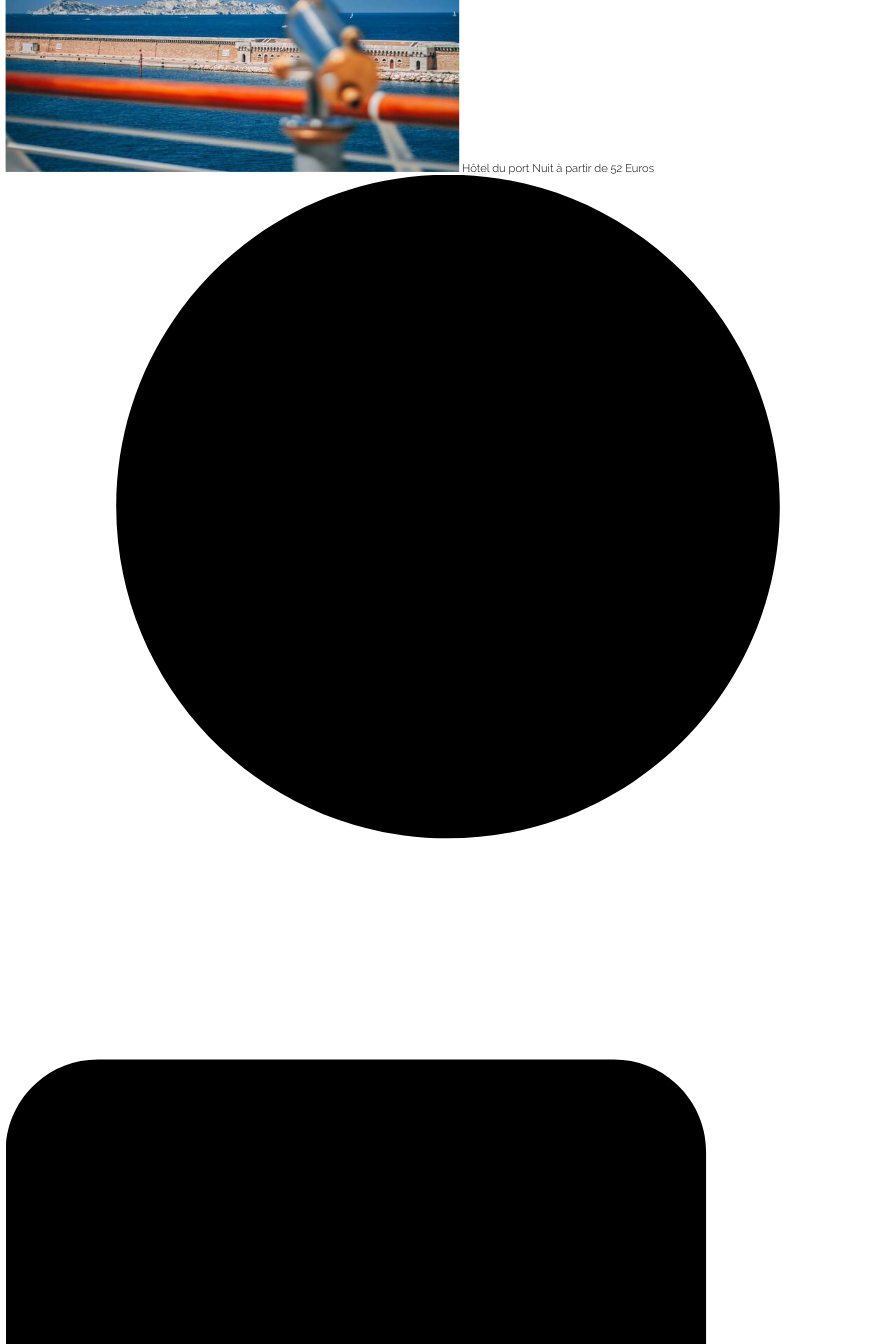
Repository: jaydeeonghub/DYLANBARBARISI_2_16062021
Page: index.html
The author's editor kept a copy of each file at every save. The page is drawn from the files as they stood at one save, then again after the next save.
The browser window is 1280 px wide. The pictures show the part of the page from y = 4261 to 6181 px (the page is 9692 px tall before and 7445 px after), at 70% of full size.

Above is the page before, as saved 2021-06-20 19:33:56.

### index.html
<!DOCTYPE html>
<html lang="fr">
<head>
    <link rel="preconnect" href="https://fonts.gstatic.com">
    <link href="https://fonts.googleapis.com/css2?family=Raleway:wght@300&display=swap" rel="stylesheet">
    <link rel="stylesheet" href="Assets\Style\Styles.css">
        <meta charset="UTF-8">
        <meta http-equiv="X-UA-Compatible" content="IE=edge">
        <meta name="viewport" content="width=device-width, initial-scale=1.0">
    <title>Reservia</title>
</head>
<body>
    <header>
        <img src="Assets/Logo/Reservia@3x.png"
             alt="Logo Reservia Responsive"
             srcset="Assets/Logo/Reservia.svg"
            />

            <div class="Barre_de_navigation"> <!--Barre de navigation-->
                <a href="#Hebergements">Hebergements</a>
                <a href="#Activités">Activités</a>
                <a href="#S'inscrire">S'inscrire</a>
              </div>
            </header>

<main>
    <h1>Trouvez votre hebergement pour des vacances de rêve</h1> <!--Titre d'accroche de la landing page-->
    <p>En plein centre ville ou en pleine nature</p>

      <div class="Search_button">
        <form> </form>
          </div>

          <div class="Filtres"
                <p class="Filtres" Filtres</p>
                 <a href="#Économique">Économique</a>
                 <a href="#Familiale">Familiale</a>
                 <a href="#Romantique">Romantique</a>
                 <a href="#Animaux autorisés">Animaux autorisés</a>
                </div>

    <img src="Assets/Icons/info-solid.svg"> <p>Plus de 500 Logements sont disponibles dans cette ville</p> <!--Nombre approximatif de logements disponibles aux alentours-->




        <section>
            <aside>
                <h2>Hébergements à Marseille</h2>
        <div>
            <img src="Assets/Images/4_small/florian-wehde-xW9e8gdotxI-unsplash.jpg"
                      />
                <span>
                    Auberge de la Cannebière
                </span>
                <span>
                    Nuit à partir de 25 Euros
                </span>
                <div>
                    <i></i>
                    <i></i>
                    <i></i>
                    <i></i>
                    <i></i>
                </div>
        <div>
            <img src="Assets/Images/4_small/kevin-hikari-rV_Qd1l-VXg-unsplash.jpg"
                    />
                <span>
                    Hôtel du port
                </span>
                <span>
                    Nuit à partir de 52 Euros
                </span>
                    <div>
                        <img><img src="Assets/Icons/info-solid.svg"</i>
                        <i></i>
                        <i></i>
                        <i></i>
                        <i></i>
                    </div>

                    <div>
                    <img src="Assets/Images/4_small/kilyan-sockalingum-NR8-cBCN3aI-unsplash.jpg"
                    />

                    <span>
                        Hôtel Les mouettes
                    </span>

                    <span>
                        Nuit à partir de 76 Euros
                        </span>

                        <div>
                            <i></i>
                            <i></i>
                            <i></i>
                            <i></i>
                            <i></i>
                        </div>
                    </div>
                        <div>
                            <img src="Assets/Images/4_small/lena-paulin-wH2-EJoDcV0-unsplash.jpg"
                            />
                            <span>
                                Hôtel de la mer
                            </span>
                            <span>
                                Nuit à partir de 46 Euros
                            </span>
                            <div>
                                <i></i>
                                <i></i>
                                <i></i>
                                <i></i>
                                <i></i>
                            </div>
                            <div>
                                <img src="Assets/Images/4_small/paul-hermann-QFTrLdQIRhI-unsplash.jpg"
                                />
                                <span>
                                    Auberge Le Panier
                                </span>
                                <span>
                                    Nuit à partir de 23 Euros
                                </span>
                                <div>
                                    <i></i>
                                    <i></i>
                                    <i></i>
                                    <i></i>
                                    <i></i>
                                </div>
                                <div>
                                    <img src="Assets/Images/4_small/reno-laithienne-QUgJhdY5Fyk-unsplash.jpg"
                                    />
                                    <span>
                                        Hôtel Chez Amina
                                    </span>
                                    <span>
                                        Nuit à partir de 96 Euros
                                    </span>
                                    <div>
                                        <i></i>
                                        <i></i>
                                        <i></i>
                                        <i></i>
                                        <i></i>
                                    </div>

            </aside><!--Hebergements à Marseille-->
            <aside></aside><!-- Les plus populaires-->
        </section>
        <section></section><!-- Activités à Marseille-->


    </main>
    <footer></footer>


</body>
</html>

### Assets/Style/Styles.css
*
body {font-family: 'Raleway', sans-serif;}

h1 {font-family: 'Raleway', sans-serif;}

li {display: inline;}

After the next save:
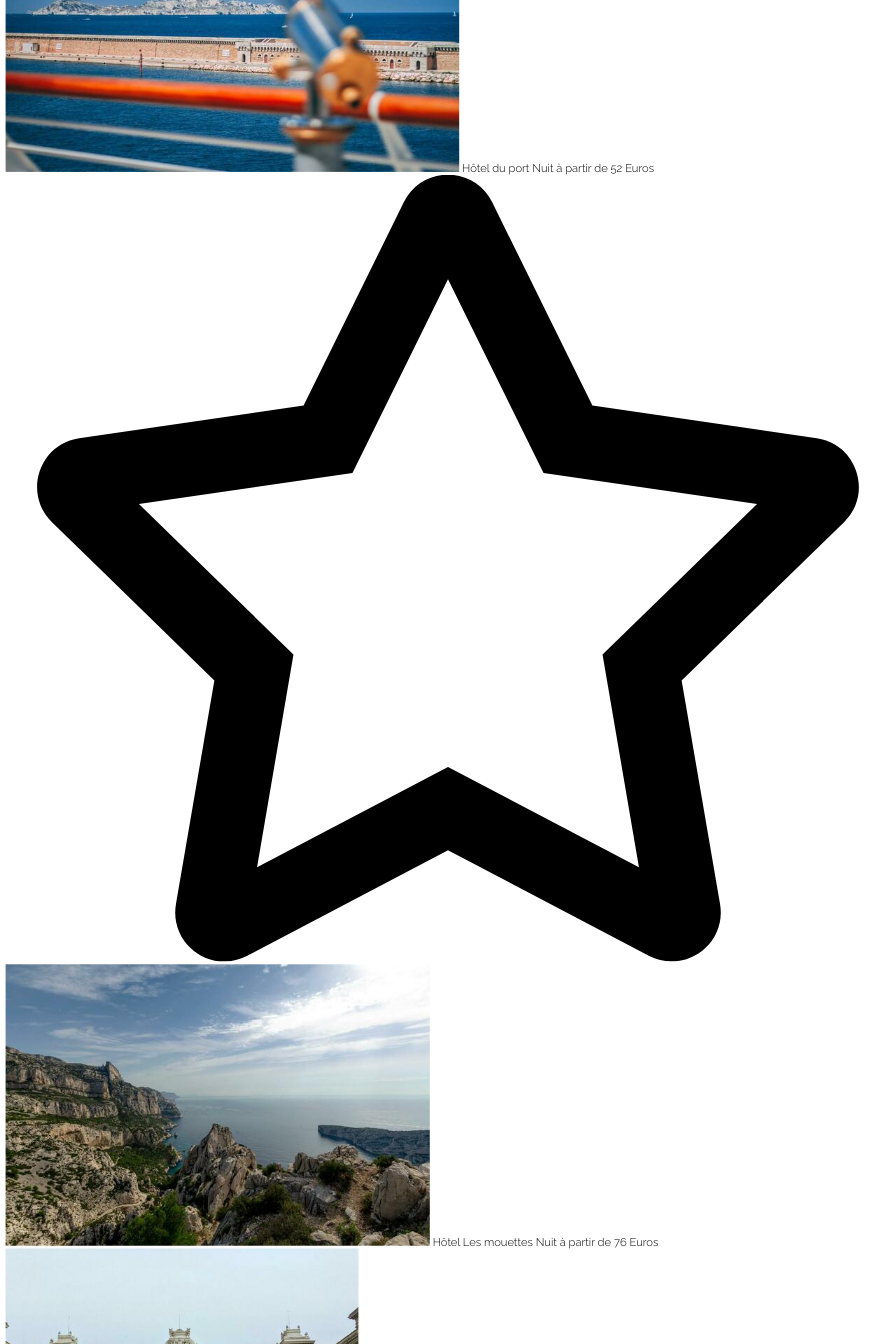
Saved 29 s later.
--- a/index.html
+++ b/index.html
@@ -73,7 +73,7 @@
                     Nuit à partir de 52 Euros
                 </span>
                     <div>
-                        <img><img src="Assets/Icons/info-solid.svg"</i>
+                        <img><img src="Assets/Icons/star-regular.svg"</i>
                         <i></i>
                         <i></i>
                         <i></i>
